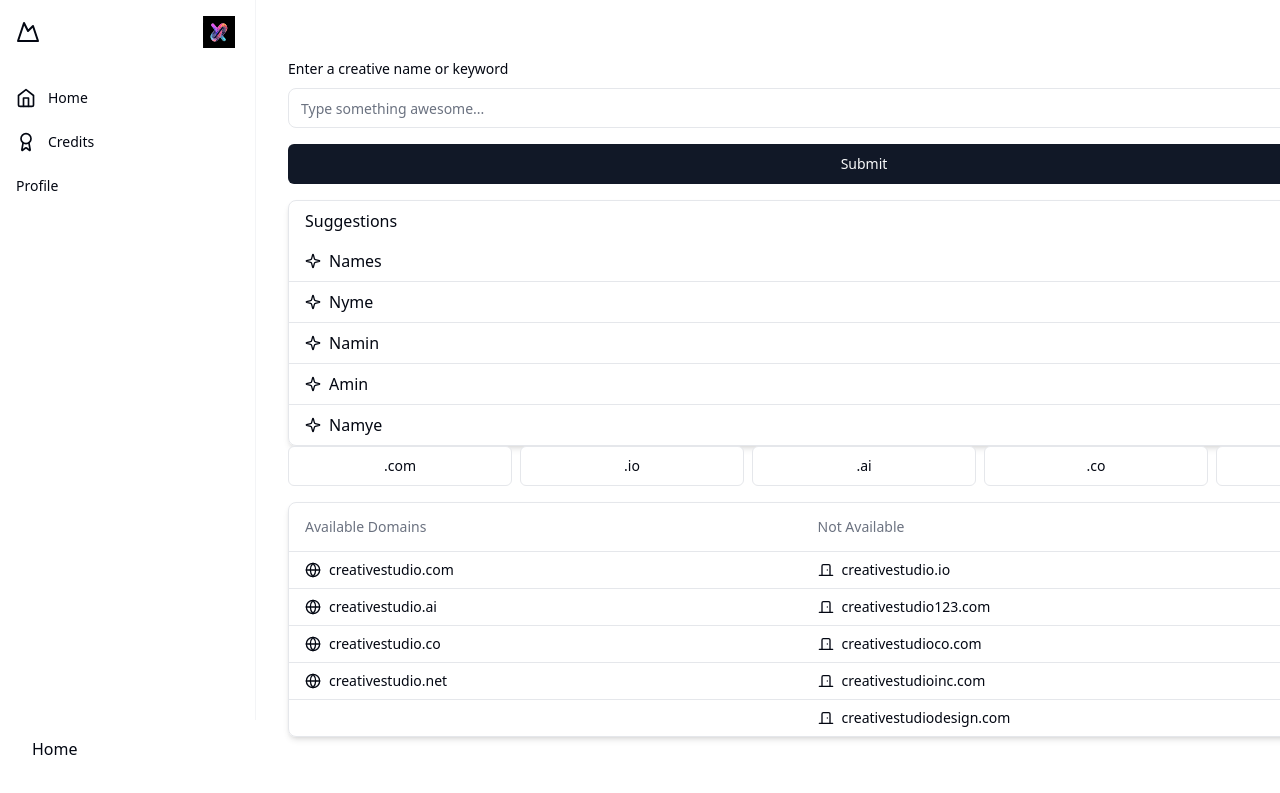
Repository: EliDorf/nyme
Page: /
These files come from the project's save history. The page is drawn as it stood at one moment and after a run of saves; the edit follows.
The browser window is 1280 px wide. The pictures show the whole page.
The page's requests for data from a server got no answer. The project was rebuilt for these pictures with package versions that can differ from the ones it lists, and the page was loaded fresh each time. Some packages were replaced by stand-ins written for this rebuild. The framework's server and built-in components were replaced by stand-ins that run in the browser. No one was signed in, and anything a server would have sent is missing. Also part of the build but not shown: next.config.mjs, lib/utils.ts, components/ui/alert-dialog.tsx, components/shared/InsufficientCreditsModal.tsx.

Above is the page before, as saved 2024-07-27 23:19:59.

After the next 5 saves:
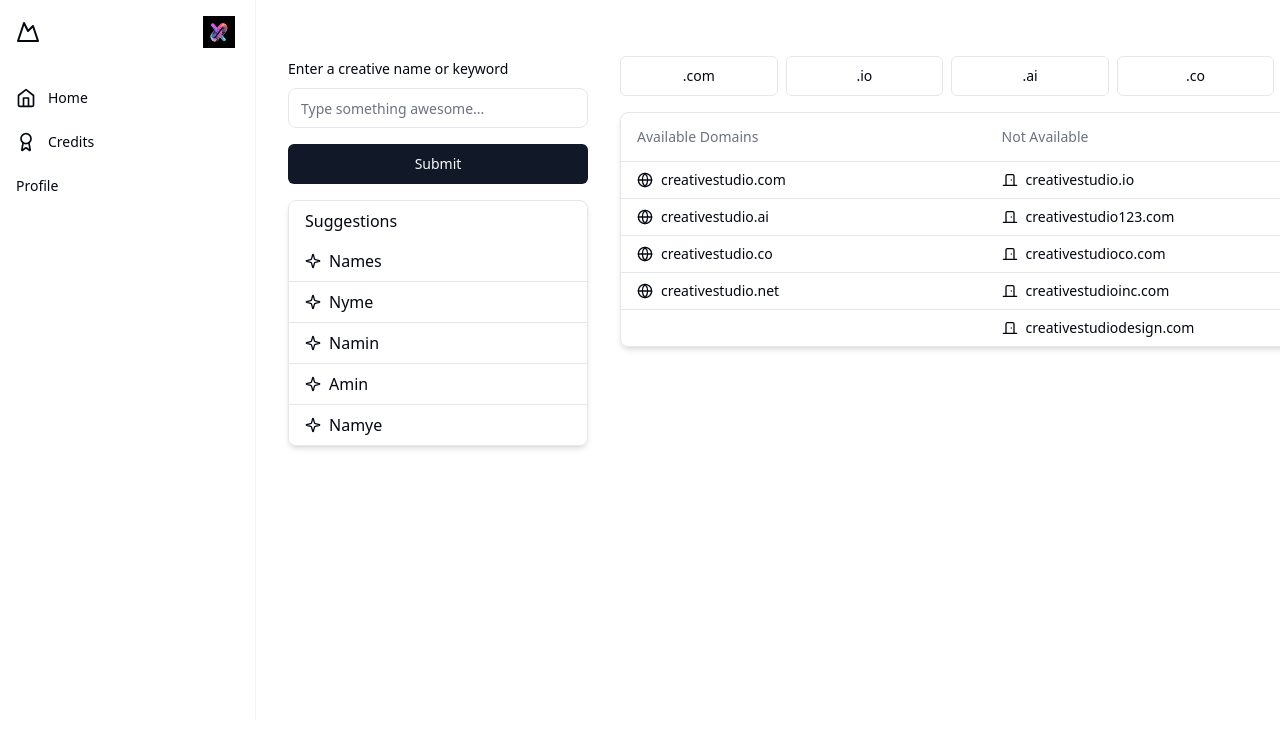
The 5 saves are shown as one change because they came seconds apart.
The last was saved 19 s later.
--- a/components/component/Dashboard.tsx
+++ b/components/component/Dashboard.tsx
@@ -31,7 +31,7 @@ export function Dashboard() {
   }
 
   return (
-    <div className="w-full max-w-6xl mx-auto dashboard-content">
+    <div className="grid grid-cols-1 md:grid-cols-[300px_1fr] gap-8 w-full max-w-6xl mx-auto dashboard-content">
       <div className="flex flex-col gap-4">
         <div className="space-y-2">
           <Label htmlFor="name" className="font-medium">
